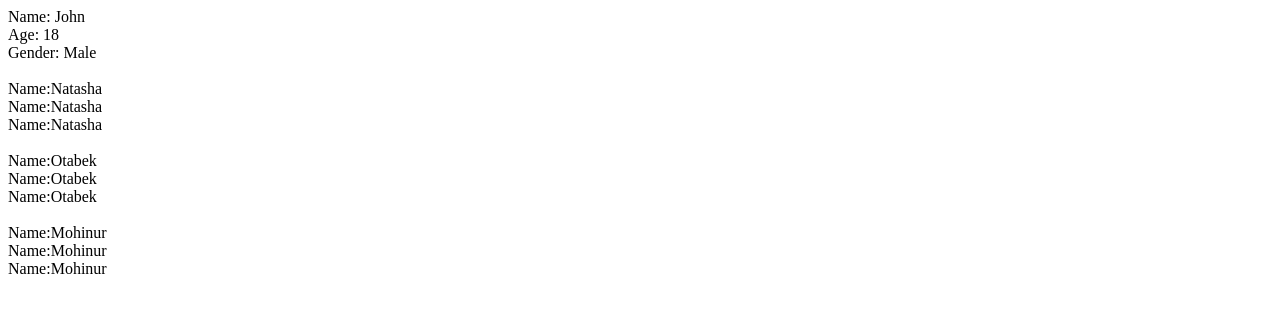
Repository: OtabekScarcro/advance-java
Page: http://localhost/Sample_Xml_file/JSTLDemo.jsp
These files come from the project's save history. The page is drawn as it stood at one moment and after the next save; the edit follows.
The browser window is 1280 px wide. The pictures show the whole page.
The page is served by Tomcat 9.

Above is the page before, as saved 2023-03-29 12:16:30.

After the next save:
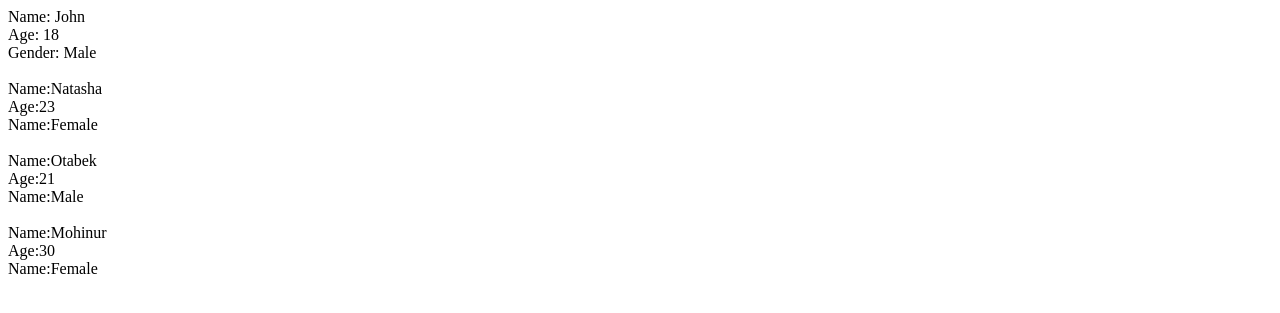
Saved 13 s later.
--- a/Sample Xml file/src/main/webapp/JSTLDemo.jsp
+++ b/Sample Xml file/src/main/webapp/JSTLDemo.jsp
@@ -20,8 +20,8 @@
 	<x:forEach select="$XMLdoc/users/user">
 		<x:if select="age>20">
 			<br/> Name:<x:out select="name"/>
-			<br/> Name:<x:out select="name"/>
-			<br/> Name:<x:out select="name"/>
+			<br/> Age:<x:out select="age"/>
+			<br/> Name:<x:out select="gender"/>
 			<br/>
 		</x:if>
 	</x:forEach>
